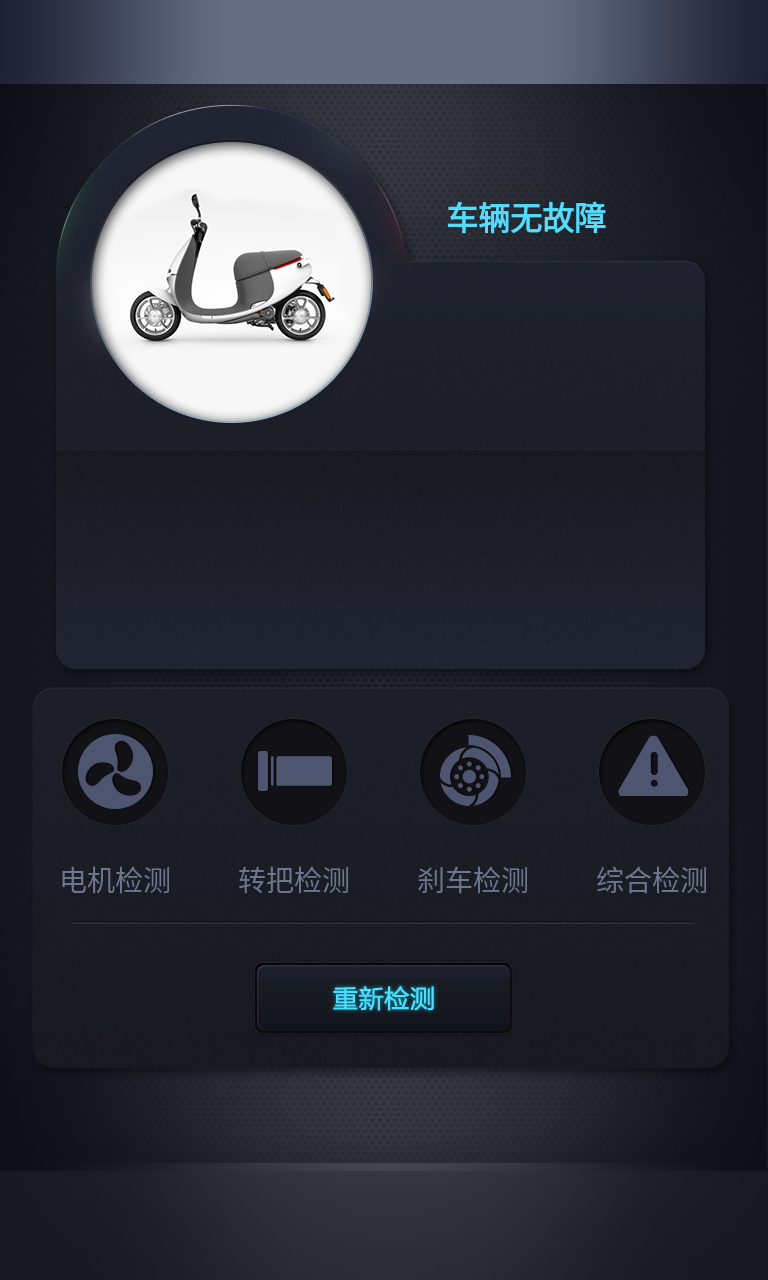
Repository: dongerqiang/Ab_YuanDun
Layout: WangCar/res/layout/activity_car_check_layout.xml
An editor plug-in stored every save of this project. The layout is shown before and after the next save, followed by the edit.
It is drawn on a 768 x 1280 px phone screen (xhdpi) without system bars, with theme android:Theme.Black.NoTitleBar; the app's code is not run.

Above is the layout before, as saved 2017-06-24 12:43:38.

### WangCar/res/layout/activity_car_check_layout.xml
<?xml version="1.0" encoding="utf-8"?>
<RelativeLayout xmlns:android="http://schemas.android.com/apk/res/android"
    android:layout_width="match_parent"
    android:layout_height="match_parent"
    android:background="@drawable/icon_window_bg" >

    <include
        android:id="@+id/titleLayout"
        layout="@layout/title_bar_layout" />

    <LinearLayout
        android:layout_width="match_parent"
        android:layout_height="wrap_content"
        android:layout_below="@id/titleLayout"
        android:orientation="vertical"
        android:paddingTop="8dp"
        >

        <FrameLayout
            android:layout_width="match_parent"
            android:layout_height="wrap_content" >

            <ImageView
                android:layout_width="wrap_content"
                android:layout_height="wrap_content"
                android:layout_gravity="center"
                android:src="@drawable/icon_check_top_bg" />

            <TextView
                android:id="@+id/asrTv"
                android:layout_width="wrap_content"
                android:layout_height="wrap_content"
                android:layout_gravity="left|center_vertical"
                android:layout_marginTop="78dp"
                android:layout_marginLeft="58dp"
                android:textColor="#54dcfd"
                android:textSize="14sp"

                 />

            <TextView
                android:id="@+id/checkItemTv"
                android:layout_width="143dp"
                android:layout_height="wrap_content"
                android:layout_gravity="right"
                android:layout_marginRight="18dp"
                android:layout_marginTop="46dp"
                android:gravity="left"
                android:text="车辆无故障"
                android:textColor="#54dcfd"
                android:textSize="16sp"
                android:textStyle="bold" />

        </FrameLayout>

        <FrameLayout
            android:layout_width="match_parent"
            android:layout_height="wrap_content"
            android:orientation="vertical" >

            <ImageView
                android:layout_width="wrap_content"
                android:layout_height="200dp"
                android:layout_marginLeft="13dp"
                android:layout_marginRight="13dp"
                android:scaleType="fitXY"
                android:src="@drawable/icon_check_btn_bg" />

            <LinearLayout
                android:layout_width="match_parent"
                android:layout_height="wrap_content"
                android:orientation="horizontal"
                android:paddingLeft="13dp"
                android:paddingRight="13dp"
                android:paddingTop="10dp" >

                <LinearLayout
                    android:layout_width="0dp"
                    android:layout_height="wrap_content"
                    android:layout_weight="1"
                    android:gravity="center"
                    android:orientation="vertical" >

                    <FrameLayout
                        android:layout_width="wrap_content"
                        android:layout_height="70dp" >

                        <ImageView
                            android:id="@+id/djScaleImg"
                            android:layout_width="wrap_content"
                            android:layout_height="wrap_content"
                            android:layout_gravity="center"
                            android:src="@drawable/icon_check_scale"
                            android:visibility="invisible" />

                        <ImageView
                            android:id="@+id/djImg"
                            android:layout_width="wrap_content"
                            android:layout_height="wrap_content"
                            android:layout_gravity="center"
                            android:src="@drawable/icon_check_motor_d" />
                    </FrameLayout>

                    <TextView
                        android:layout_width="wrap_content"
                        android:layout_height="wrap_content"
                        android:paddingTop="8dp"
                        android:text="电机检测"
                        android:textColor="#6e768d"
                        android:textSize="14sp" />
                </LinearLayout>

                <LinearLayout
                    android:layout_width="0dp"
                    android:layout_height="wrap_content"
                    android:layout_weight="1"
                    android:gravity="center"
                    android:orientation="vertical" >

                    <FrameLayout
                        android:layout_width="wrap_content"
                        android:layout_height="70dp" >

                        <ImageView
                            android:id="@+id/zbScaleImg"
                            android:layout_width="wrap_content"
                            android:layout_height="wrap_content"
                            android:layout_gravity="center"
                            android:src="@drawable/icon_check_scale"
                            android:visibility="invisible" />

                        <ImageView
                            android:id="@+id/zbImg"
                            android:layout_width="wrap_content"
                            android:layout_height="wrap_content"
                            android:layout_gravity="center"
                            android:src="@drawable/icon_check_zb_d" />
                    </FrameLayout>

                    <TextView
                        android:layout_width="wrap_content"
                        android:layout_height="wrap_content"
                        android:paddingTop="8dp"
                        android:text="转把检测"
                        android:textColor="#6e768d"
                        android:textSize="14sp" />
                </LinearLayout>

                <LinearLayout
                    android:layout_width="0dp"
                    android:layout_height="wrap_content"
                    android:layout_weight="1"
                    android:gravity="center"
                    android:orientation="vertical" >

                    <FrameLayout
                        android:layout_width="wrap_content"
                        android:layout_height="70dp" >

                        <ImageView
                            android:id="@+id/scScaleImg"
                            android:layout_width="wrap_content"
                            android:layout_height="wrap_content"
                            android:layout_gravity="center"
                            android:src="@drawable/icon_check_scale"
                            android:visibility="invisible" />

                        <ImageView
                            android:id="@+id/scImg"
                            android:layout_width="wrap_content"
                            android:layout_height="wrap_content"
                            android:layout_gravity="center"
                            android:src="@drawable/icon_check_sc_d" />
                    </FrameLayout>

                    <TextView
                        android:layout_width="wrap_content"
                        android:layout_height="wrap_content"
                        android:paddingTop="8dp"
                        android:text="刹车检测"
                        android:textColor="#6e768d"
                        android:textSize="14sp" />
                </LinearLayout>

                <LinearLayout
                    android:layout_width="0dp"
                    android:layout_height="wrap_content"
                    android:layout_weight="1"
                    android:gravity="center"
                    android:orientation="vertical" >

                    <FrameLayout
                        android:layout_width="wrap_content"
                        android:layout_height="70dp" >

                        <ImageView
                            android:id="@+id/allScaleImg"
                            android:layout_width="wrap_content"
                            android:layout_height="wrap_content"
                            android:layout_gravity="center"
                            android:src="@drawable/icon_check_scale"
                            android:visibility="invisible" />

                        <ImageView
                            android:id="@+id/allImg"
                            android:layout_width="wrap_content"
                            android:layout_height="wrap_content"
                            android:layout_gravity="center"
                            android:src="@drawable/icon_check_all_d" />
                    </FrameLayout>

                    <TextView
                        android:layout_width="wrap_content"
                        android:layout_height="wrap_content"
                        android:paddingTop="8dp"
                        android:text="综合检测"
                        android:textColor="#6e768d"
                        android:textSize="14sp" />
                </LinearLayout>
            </LinearLayout>

            <ImageView
                android:id="@+id/repertImg"
                android:layout_width="wrap_content"
                android:layout_height="wrap_content"
                android:layout_gravity="center_horizontal|bottom"
                android:src="@drawable/selector_repert_check_btn"
                android:layout_marginBottom="22dp"
                />
        </FrameLayout>
    </LinearLayout>

</RelativeLayout>

### WangCar/res/layout/title_bar_layout.xml
<?xml version="1.0" encoding="utf-8"?>
<LinearLayout xmlns:android="http://schemas.android.com/apk/res/android"
    android:layout_width="match_parent"
    android:layout_height="wrap_content"
    android:orientation="vertical" >

    <FrameLayout
        android:layout_width="match_parent"
        android:layout_height="42dp"
        android:background="@drawable/icon_title_bg"
        android:orientation="horizontal" >

        <ImageView
            android:id="@+id/backImg"
            android:layout_width="48dp"
            android:layout_height="match_parent"
            android:layout_gravity="left|bottom"
            android:scaleType="center"
            android:src="@drawable/icon_back"
            android:visibility="gone"
             />

        <ImageView
            android:id="@+id/logImg"
            android:layout_width="wrap_content"
            android:layout_height="30dp"
            android:scaleType="centerInside"
            android:layout_gravity="center"
            android:visibility="gone"
            android:src="@drawable/opa"/>
        <TextView
            android:id="@+id/titleTv"
            android:layout_width="wrap_content"
            android:layout_height="wrap_content"
            android:layout_gravity="center"
            android:textColor="#54dcfd"
            android:textSize="16sp" />
    </FrameLayout>

</LinearLayout>

### WangCar/res/drawable/selector_repert_check_btn.xml
<?xml version="1.0" encoding="utf-8"?>
<selector xmlns:android="http://schemas.android.com/apk/res/android">

    <item android:drawable="@drawable/icon_repert_check" android:state_pressed="false"></item>
    <item android:state_pressed="true">
        <layer-list >
            <item android:drawable="@drawable/icon_repert_check"></item>
            <item >
                <shape >
                    <solid android:color="#7affffff"/>
                </shape>
            </item>
        </layer-list>
    </item>

</selector>

After the next save:
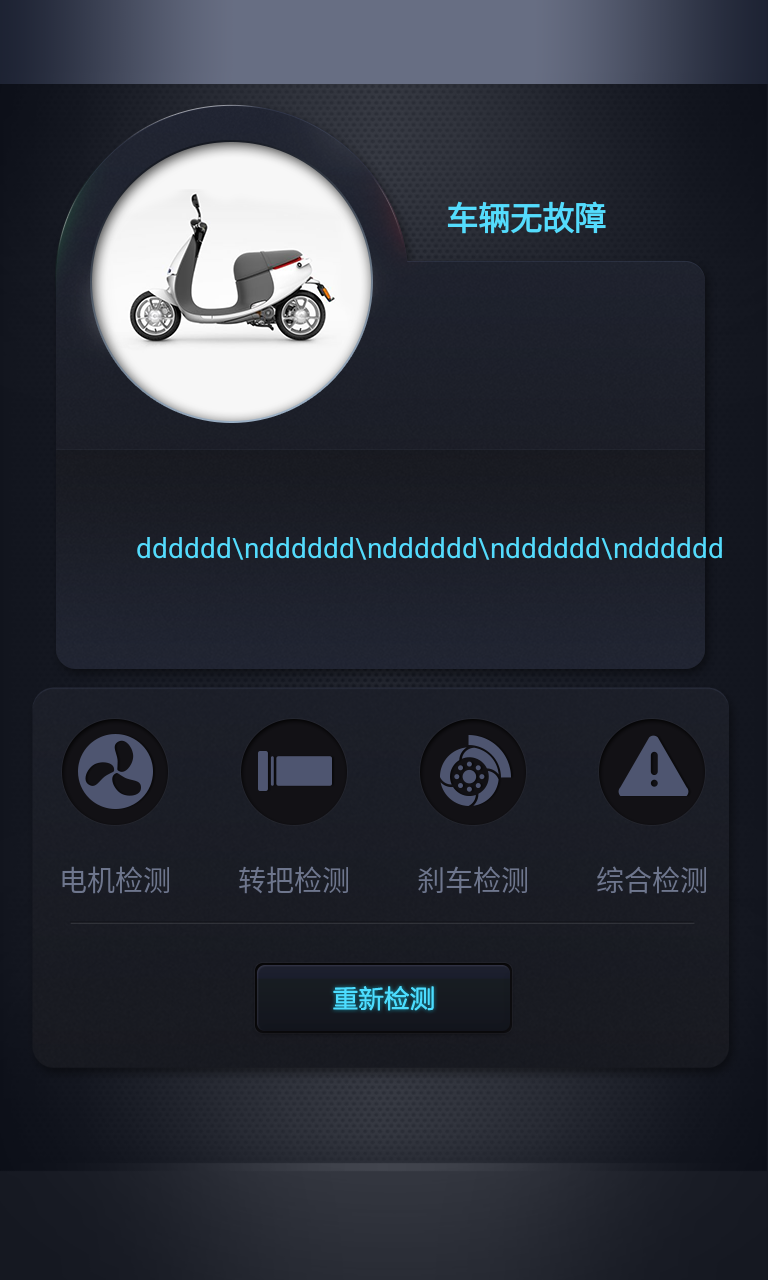
Saved 91 s later.
--- a/WangCar/res/layout/activity_car_check_layout.xml
+++ b/WangCar/res/layout/activity_car_check_layout.xml
@@ -32,10 +32,10 @@
                 android:layout_height="wrap_content"
                 android:layout_gravity="left|center_vertical"
                 android:layout_marginTop="78dp"
-                android:layout_marginLeft="58dp"
+                android:layout_marginLeft="68dp"
                 android:textColor="#54dcfd"
                 android:textSize="14sp"
-
+                android:text="dddddd\ndddddd\ndddddd\ndddddd\ndddddd"
                  />
 
             <TextView

After the save that followed:
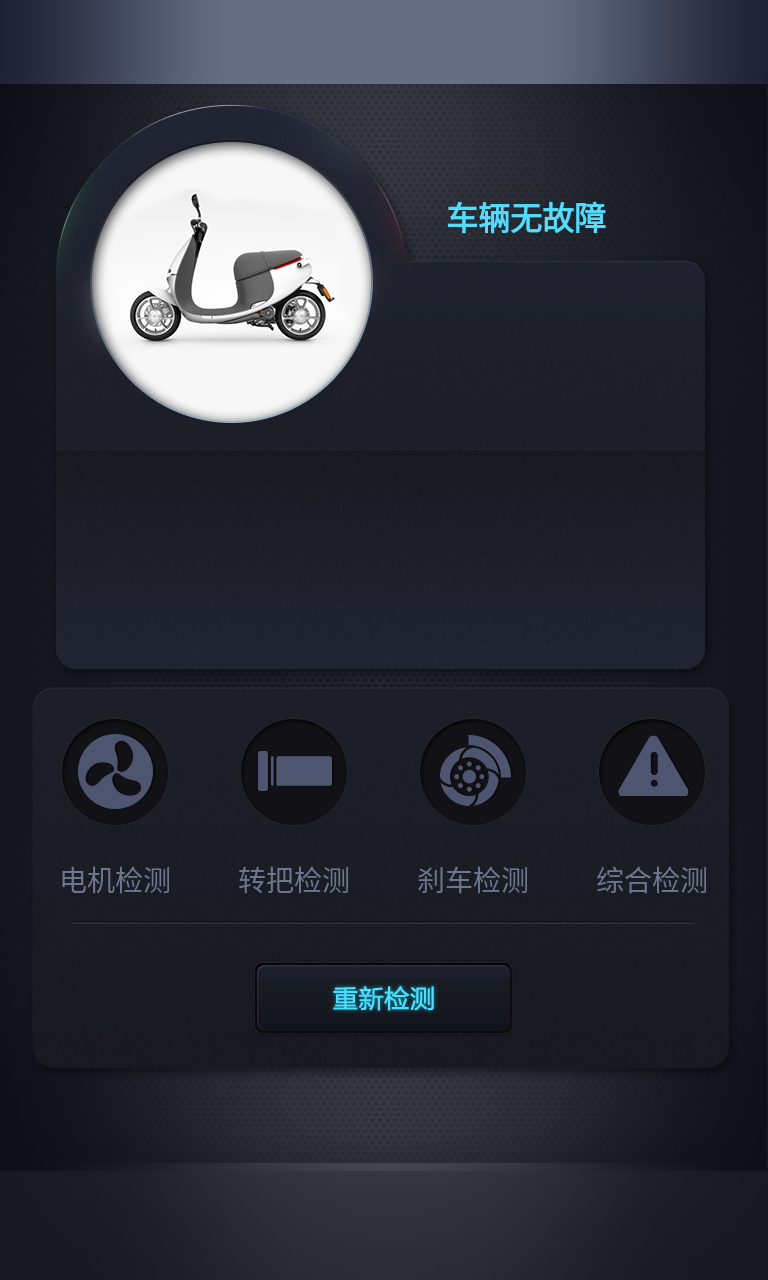
Saved 7 s later.
--- a/WangCar/res/layout/activity_car_check_layout.xml
+++ b/WangCar/res/layout/activity_car_check_layout.xml
@@ -35,7 +35,7 @@
                 android:layout_marginLeft="68dp"
                 android:textColor="#54dcfd"
                 android:textSize="14sp"
-                android:text="dddddd\ndddddd\ndddddd\ndddddd\ndddddd"
+
                  />
 
             <TextView
